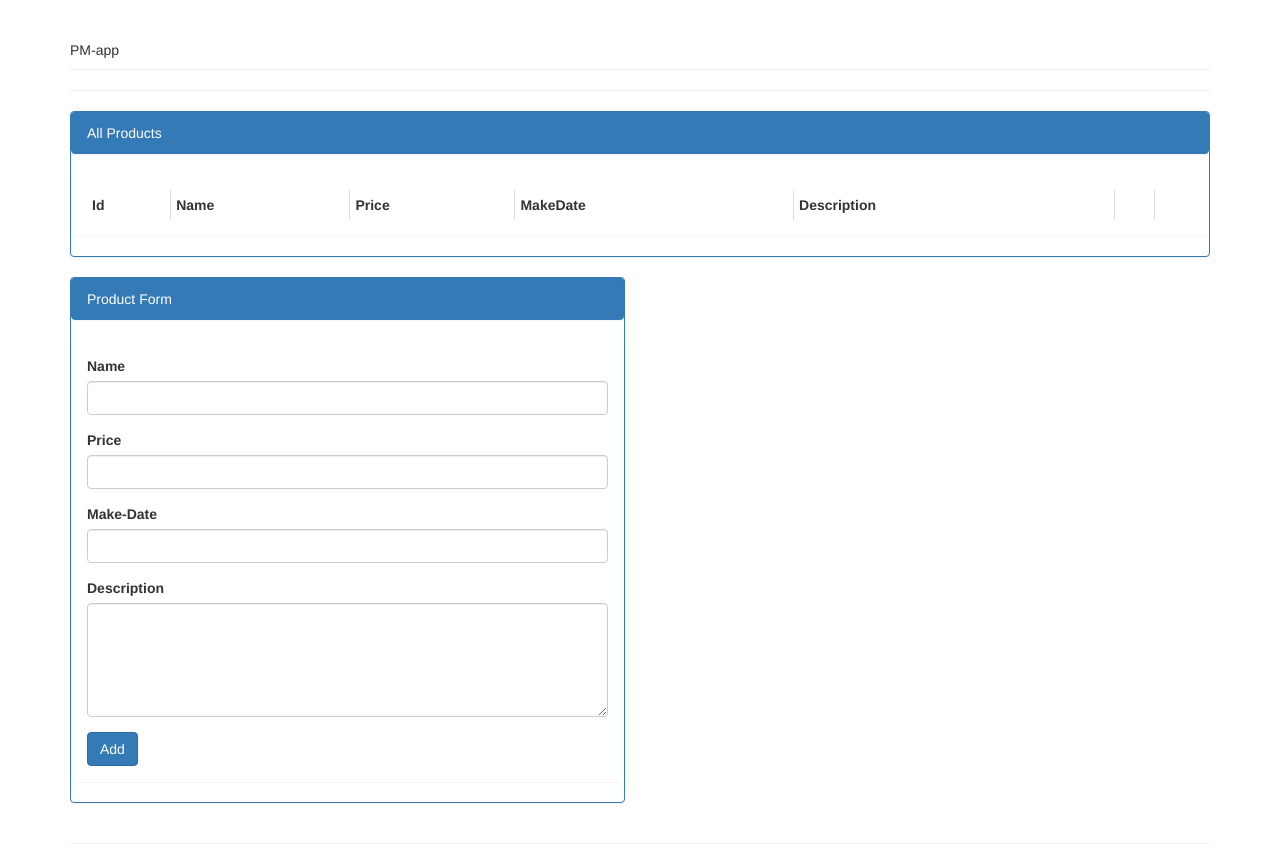
Repository: nagabhushanamn/itc-batch
Page: http://localhost/PM-v2/pm.jsp
These files come from the project's save history. The page is drawn as it stood at one moment and after a run of saves; the edit follows.
The browser window is 1280 px wide. The pictures show the whole page.
The page is served by Tomcat 9. Other server files are loaded and not shown. The template is opened directly, without the code that normally fills it, so the values that code supplies are empty.

Above is the page before, as saved 2017-03-12 09:46:08.

### new/PM-v2/WebContent/pm.jsp
<!DOCTYPE html>
<%@page import="com.pm.model.Product"%>
<%@page import="java.util.List"%>

<%@taglib uri="http://java.sun.com/jsp/jstl/core" prefix="c" %>
<%@taglib uri="http://java.sun.com/jsp/jstl/fmt"  prefix="fmt"%>

<html>
<head>
<meta charset="UTF-8">
<title>Insert title here</title>
<link rel="stylesheet" href="css/bootstrap.css">
</head>
<body class="container">

	<div class="page-header">PM-app</div>

	<c:if test="${allProducts.size() ==0 }">
		<span class="badge">No Products</span>
	</c:if>
	<hr/>
	<c:if test="${allProducts.size() !=0 }">

		<div class="panel panel-primary">
		<div class="panel panel-heading">All Products</div>
		<div class="panel panel-body">
			<table class="table table-bordered table-condensed table-stripped">

				<thead>
					<tr>
						<th>Id</th>
						<th>Name</th>
						<th>Price</th>
						<th>MakeDate</th>
						<th>Description</th>
						<th></th>
						<th></th>
					</tr>
				</thead>

				<tbody>

					<c:forEach items="${allProducts}" var="product">
					<tr>
						<td>${product.id}</td>
						<td>${product.name}</td>
						<td>${product.price}</td>
						<fmt:formatDate value="${product.makeDate}" pattern="dd-MMM-yyyy" var="ds"/>
						<td>${ds}</td>
						<td>${product.description}</td>
						<td>
							<a href="edit-product?id=${product.id}">
							<span class="glyphicon glyphicon-edit"></span></a>
						</td>
						<td>
							<a href="delete-product?id=${product.id}">
							<span class="glyphicon glyphicon-trash"></span></a>
						</td>
					</tr>
					</c:forEach>

				</tbody>

			</table>
		</div>

	</div>


	</c:if>



	<div class="row">

		<div class="col-xs-6 col-sm-6 col-md-6">

			<div class="panel panel-primary">
				<div class="panel panel-heading">Product Form</div>
				<div class="panel panel-body">
					<form action="save-product" method="post">
						<div class="form-group">
							<label>Name</label> <input name="name" class="form-control">
						</div>
						<div class="form-group">
							<label>Price</label> <input name="price" class="form-control">
						</div>
						<div class="form-group">
							<label>Make-Date</label> <input name="makeDate"
								class="form-control">
						</div>
						<div class="form-group">
							<label>Description</label>
							<textarea rows="5" cols="35" name="description"
								class="form-control"></textarea>
						</div>
						<button type="submit" class="btn btn-primary">Add</button>
					</form>
				</div>
			</div>

		</div>

	</div>

	<hr />




</body>
</html>

Loaded but not shown: new/PM-v2/WebContent/css/bootstrap.css (library)

After the next 2 saves:
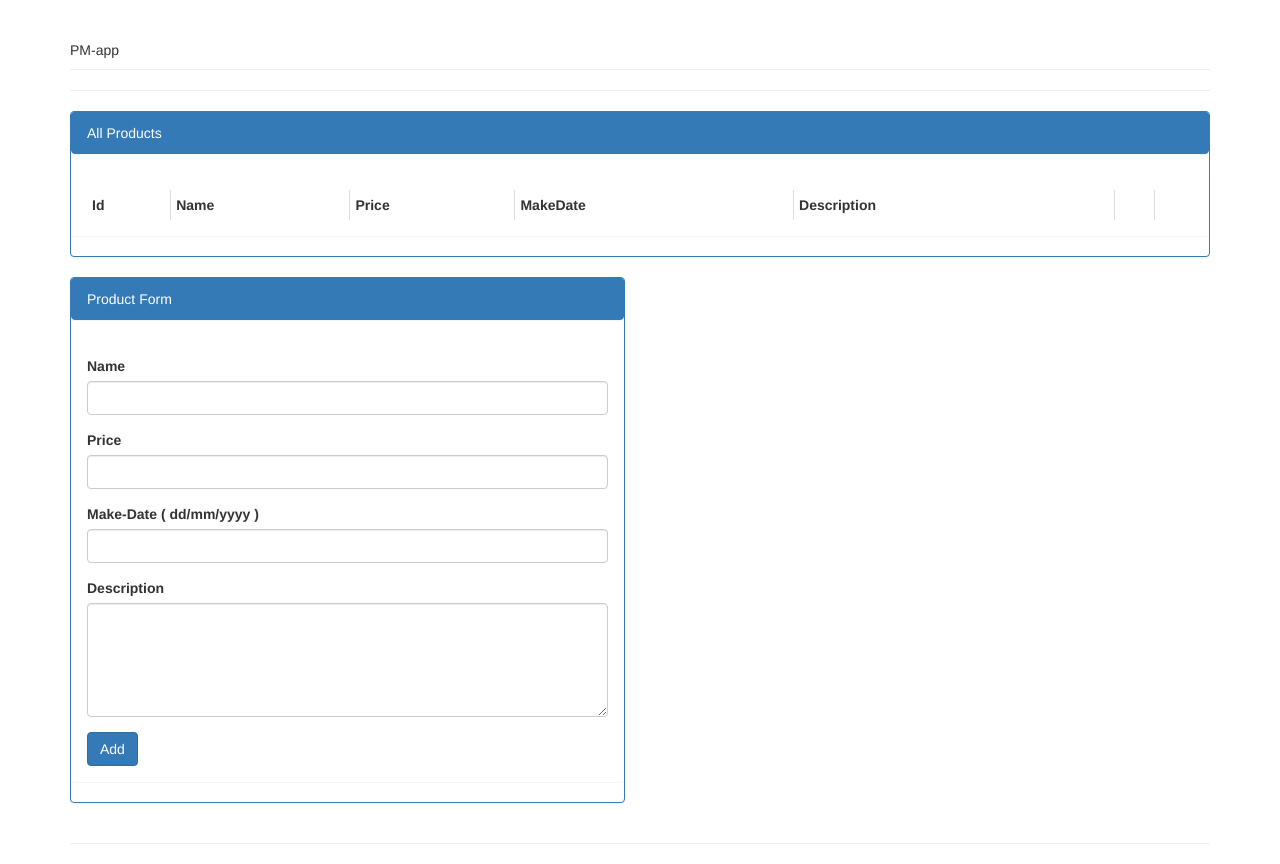
The 2 saves are shown as one change because they came seconds apart.
The last was saved 17 min 26 s later.
--- a/new/PM-v2/WebContent/pm.jsp
+++ b/new/PM-v2/WebContent/pm.jsp
@@ -86,7 +86,7 @@
 							<label>Price</label> <input name="price" class="form-control">
 						</div>
 						<div class="form-group">
-							<label>Make-Date</label> <input name="makeDate"
+							<label>Make-Date ( dd/mm/yyyy )</label> <input name="makeDate"
 								class="form-control">
 						</div>
 						<div class="form-group">
